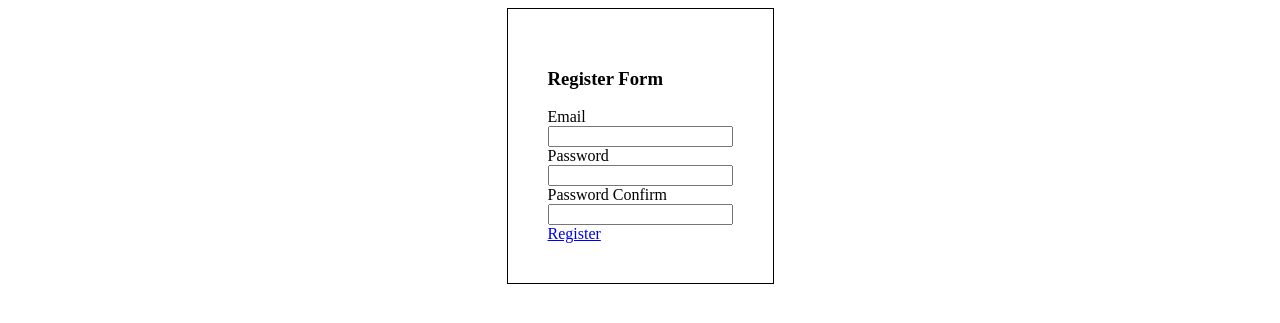
Repository: nptg3105/Register-form
Page: index.html
An editor plug-in stored every save of this project. The page is shown before and after the next save, followed by the edit.
The browser window is 1280 px wide. The pictures show the whole page.
Some web libraries are served in a nearby version.

Above is the page before, as saved 2022-01-05 21:47:31.

### index.html
<!DOCTYPE html>
<html lang="en">
  <head>
    <meta charset="UTF-8" />
    <meta http-equiv="X-UA-Compatible" content="IE=edge" />
    <meta name="viewport" content="width=device-width, initial-scale=1.0" />
    <title>Document</title>
    <link rel="stylesheet" href="style.css" />
  </head>
  <body>
    <div id="register-form"></div>

    <script
      src="https://unpkg.com/react@17/umd/react.production.min.js"
      crossorigin
    ></script>
    <script
      src="https://unpkg.com/react-dom@17/umd/react-dom.production.min.js"
      crossorigin
    ></script>
    <script src="https://unpkg.com/babel-standalone@6/babel.min.js"></script>
    <script type="text/babel" src="main.js"></script>
  </body>
</html>

### style.css
.register {
  background-color: #fff;
  max-width: max-content;
  margin: 0 auto;
  padding: 40px;
  border: 1px solid #000;
}

### main.js
const registerForm = document.querySelector("#register-form");
const form = (
  <div className="register">
    <h3 className="title">Register Form</h3>
    <form>
      <label for="email">Email</label>
      <br />
      <input type="email" id="email" name="mail" />
      <br />
      <label for="password">Password</label>
      <br />
      <input type="password" id="password" name="pass" />
      <br />
      <label for="password-confirm">Password Confirm</label>
      <br />
      <input type="password" id="password-confirm" name="pass-confirm" />
    </form>
    <a href="#">Register</a>
  </div>
);
ReactDOM.render(form, registerForm);

After the next save:
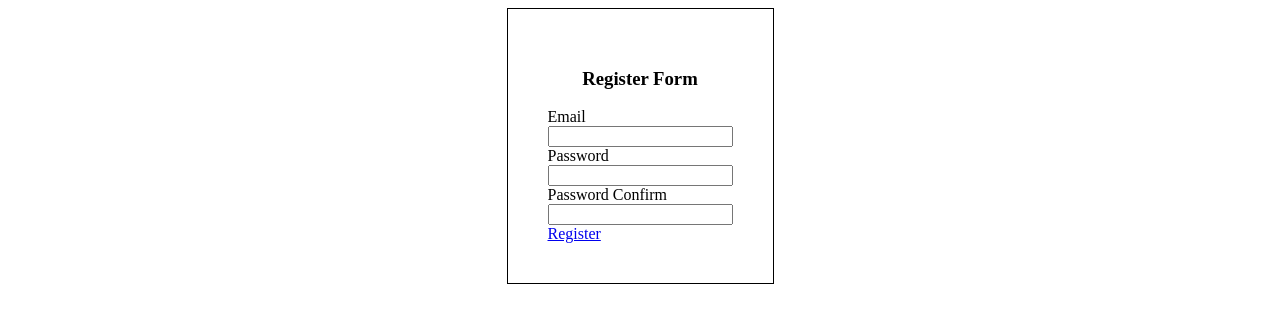
Saved 6 s later.
--- a/style.css
+++ b/style.css
@@ -5,3 +5,6 @@
   padding: 40px;
   border: 1px solid #000;
 }
+.title {
+  text-align: center;
+}
